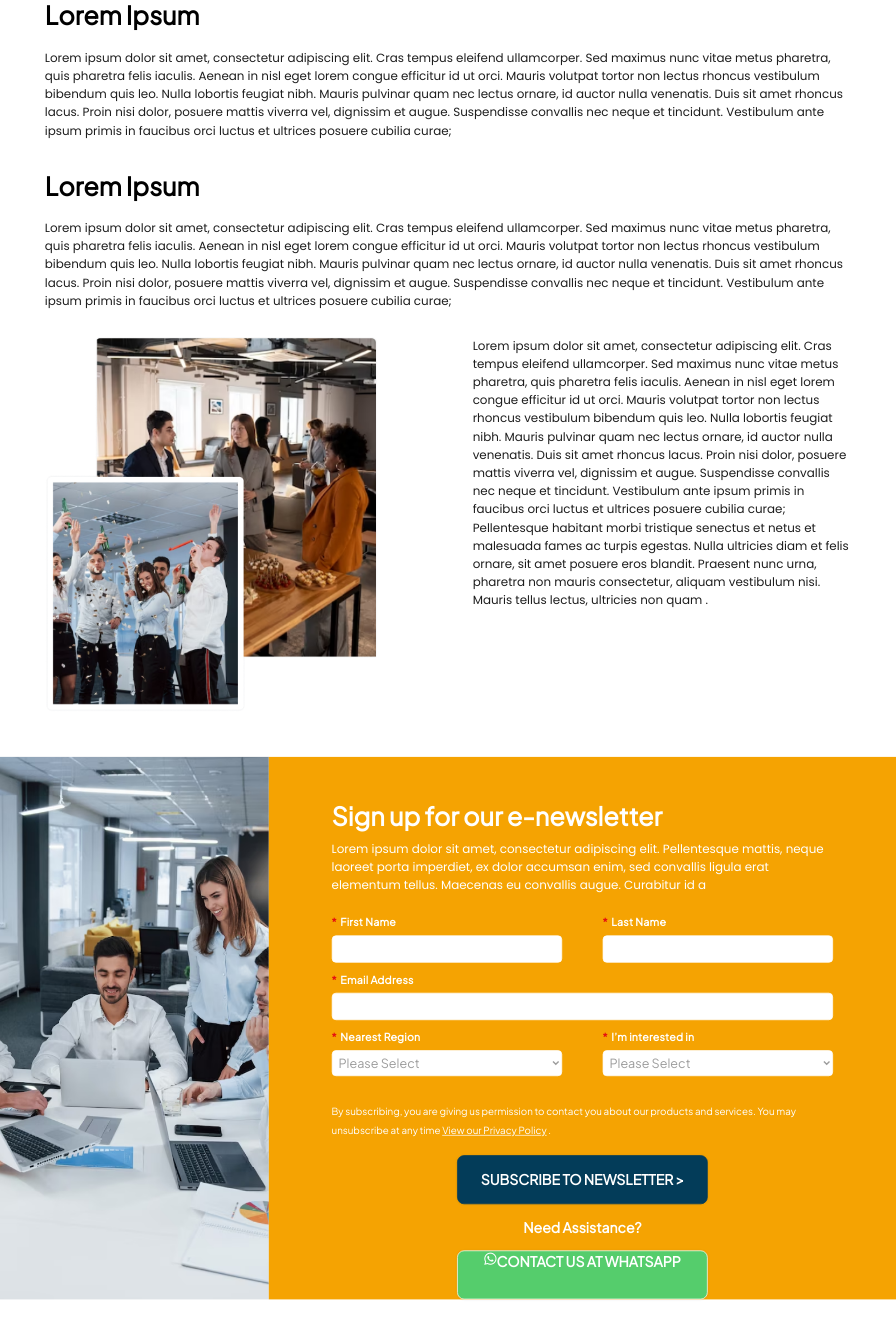
Repository: Akash8377/Hospitality-website
Page: /about-us
The author's editor kept a copy of each file at every save. The page is drawn from the files as they stood at one save, then again after a run of saves.
The browser window is 1280 px wide. The pictures show the part of the page from y = 726 to 2646 px (the page is 2646 px tall), at 70% of full size.
Some web libraries are served in a nearby version. The project was rebuilt for these pictures with package versions that can differ from the ones it lists, and the page was loaded fresh each time. Also part of the build but not shown: src/Component/Partial/heading-cont.js, src/Component/Shared/about-us.js, src/Component/Shared/Banner.js, src/Component/Shared/popular-jobs.js, src/Component/Sliders/ServiceSlider.js, src/Component/Sliders/ReviewSlider.js, src/Component/Partial/index-banner.js, src/Component/Partial/index-buisness-banner.js and 2 more.

Above is the page before, as saved 2023-07-07 12:22:32.

After the next 2 saves:
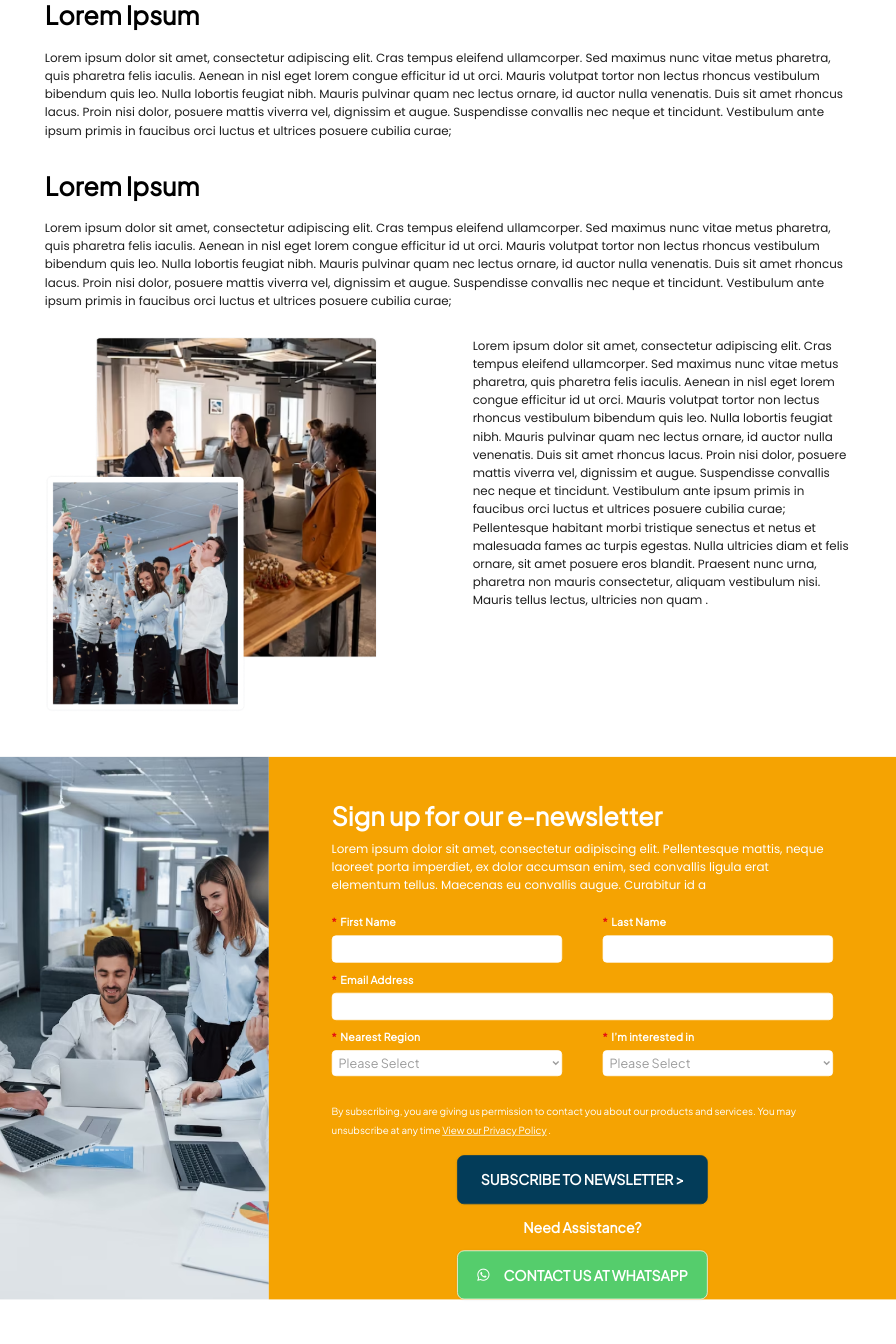
The 2 saves are shown as one change because they came seconds apart.
The last was saved 7 s later.
--- a/src/Css/Lap.css
+++ b/src/Css/Lap.css
@@ -948,4 +948,6 @@
   margin-top: 3%;
   display: flex;
 justify-content: center;
-}
+align-items: center;
+gap: 20px;
+}
